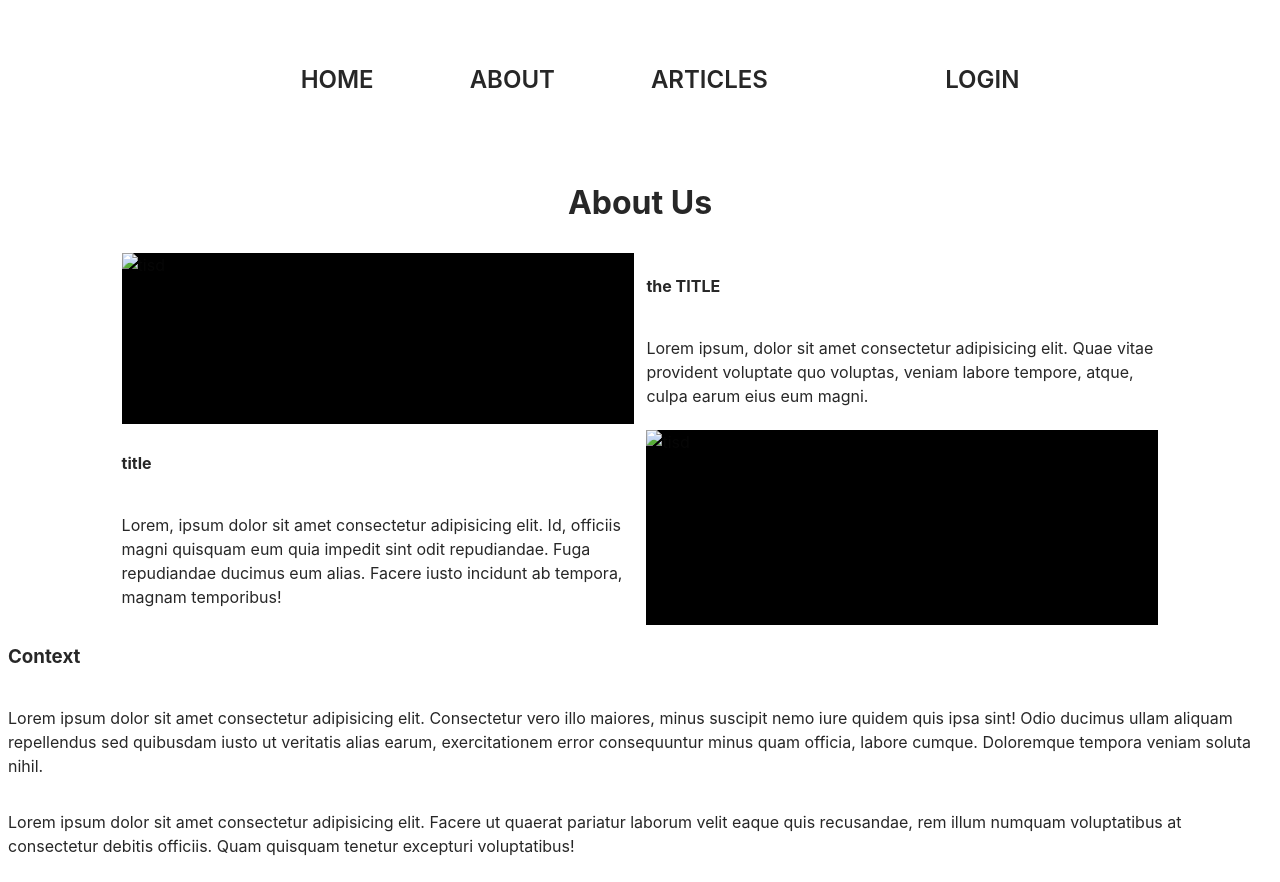
Repository: ValGrace/-static-site
Page: /about (app in client/)
These files come from the project's save history. The page is drawn as it stood at one moment and after the next save; the edit follows.
The browser window is 1280 px wide. The pictures show the whole page.
The project was rebuilt for these pictures with package versions that can differ from the ones it lists, and the page was loaded fresh each time. Also part of the build but not shown: client/vite.config.js, client/src/Utils/appwrite.js, client/src/Components/Inputs.css, client/src/Components/Login.jsx, client/src/Components/Signup.jsx, client/src/Components/HomeSection.jsx, client/src/Components/TopSection.jsx, client/src/Pages/HomePage.jsx.

Above is the page before, as saved 2023-02-07 13:26:00.

### client/src/main.jsx
import React from 'react'
import ReactDOM from 'react-dom/client'
import App from './App'
import './index.css'
import { BrowserRouter } from 'react-router-dom'
ReactDOM.createRoot(document.getElementById('root')).render(
  <React.StrictMode>
    <BrowserRouter>
    <App />
    </BrowserRouter>
  </React.StrictMode>,
)

### client/src/App.jsx
import PageRouter from './Routing/PageRouter'
import './App.css'

function App() {


  return (
    <div className="App">
      <PageRouter />
    </div>
  )
}

export default App

### client/src/index.css
:root {
  font-family: Inter, system-ui, Avenir, Helvetica, Arial, sans-serif;
  line-height: 1.5;
  font-weight: 400;

  color-scheme: light dark;
  color: rgba(7, 7, 7, 0.87);
  background-color: #ffffff;

  font-synthesis: none;
  text-rendering: optimizeLegibility;
  -webkit-font-smoothing: antialiased;
  -moz-osx-font-smoothing: grayscale;
  -webkit-text-size-adjust: 100%;
}

/* a {
  font-weight: 500;
  color: #646cff;
  text-decoration: inherit;
}
a:hover {
  color: #535bf2;
}

body {
  margin: 0;
  display: flex;
  place-items: center;
  min-width: 320px;
  min-height: 100vh;
}

h1 {
  font-size: 3.2em;
  line-height: 1.1;
}

button {
  border-radius: 8px;
  border: 1px solid transparent;
  padding: 0.6em 1.2em;
  font-size: 1em;
  font-weight: 500;
  font-family: inherit;
  background-color: #1a1a1a;
  cursor: pointer;
  transition: border-color 0.25s;
}
button:hover {
  border-color: #646cff;
}
button:focus,
button:focus-visible {
  outline: 4px auto -webkit-focus-ring-color;
}

@media (prefers-color-scheme: light) {
  :root {
    color: #213547;
    background-color: #ffffff;
  }
  a:hover {
    color: #747bff;
  }
  button {
    background-color: #f9f9f9;
  }
} */

### client/src/Routing/PageRouter.jsx
import Dashboard from "../Pages/Dashboard";
import HomePage from "../Pages/HomePage";
import { Routes, Route} from "react-router-dom"
import AboutPage from "../Pages/aboutPage";
const PageRouter = () => {
    return (
        <Routes>
            <Route path="/" element={<Dashboard />} />
            <Route path="/home" element={<HomePage />} />
            <Route path="/about" element={<AboutPage />} />

        </Routes>
    )
}

export default PageRouter

### client/src/App.css
.App {
  display: flex;
  flex-direction: column;
  justify-content: center;
  align-items: center;
}

### client/src/Pages/Dashboard.jsx
import React, { useReducer} from 'react'
import Login from '../Components/Login'
import Signup from '../Components/Signup'
import "../Components/Inputs.css"
const initialState = {page : <Login />}
function reducer(state, action) {
    switch(action.type) {
        case 'loginpage':
          return { page: <Login />}
        case 'signuppage':
            return { page: <Signup />}
        default:
            return { page: <h2>Loading....</h2>}
    }
}
const Dashboard = () => {
    const [state, dispatch] = useReducer(reducer, initialState)
    return (
        <div className='dashboard'>
         <h2>Static Site Generator</h2>
         <div>Static site Image</div>
         <div className='dash' id='dash'>
            <div className='toggleForms'>
                <button onClick={() => dispatch({type: 'loginpage'})} className="type-btn">Login</button>
                <button onClick={() => dispatch({type: 'signuppage'})} className="type-btn">Signup</button>
                </div>
            <React.Fragment>{state.page}</React.Fragment>

            <button id="auth-btns">Login with Github account</button>
            <button id="auth-btns">Login with Google account</button>
         </div>
       </div>
    )
}

export default Dashboard

### client/src/Pages/aboutPage.jsx
import Navbar from "../Components/Navbar"
import "../Components/InfoPage.css"
const AboutPage = () => {
   return (
    <>
    <Navbar />
    <h2 id="about-page">about us</h2>
    <div className="about-mid">
        <div className="about-info">
        <div className="abt-img">
            <img src="" alt="tisd" />
            </div>
            <div className="abt-pg">
            <h4>the TITLE</h4>
            <p>Lorem ipsum, dolor sit amet consectetur adipisicing elit. Quae vitae provident voluptate quo voluptas, veniam labore tempore, atque, culpa earum eius eum magni.</p>
            </div>
        </div>
        <div className="about-info" id="abt-info">
            <div className="abt-img">
                <img src="" alt="tisd" />
                </div>
            <div className="abt-pg">
            <h4>title</h4>
            <p>Lorem, ipsum dolor sit amet consectetur adipisicing elit. Id, officiis magni quisquam eum quia impedit sint odit repudiandae. Fuga repudiandae ducimus eum alias. Facere iusto incidunt ab tempora, magnam temporibus!</p>
            </div>
        </div>

    </div>
    <div className="abt-context">
        <h3>Context</h3>

            <p>Lorem ipsum dolor sit amet consectetur adipisicing elit. Consectetur vero illo maiores, minus suscipit nemo iure quidem quis ipsa sint! Odio ducimus ullam aliquam repellendus sed quibusdam iusto ut veritatis alias earum, exercitationem error consequuntur minus quam officia, labore cumque. Doloremque tempora veniam soluta nihil.</p>
            <p>Lorem ipsum dolor sit amet consectetur adipisicing elit. Facere ut quaerat pariatur laborum velit eaque quis recusandae, rem illum numquam voluptatibus at consectetur debitis officiis. Quam quisquam tenetur excepturi voluptatibus!</p>


    </div>
    </>
   )
}

export default AboutPage

### client/src/Components/Navbar.jsx
import "./Navbar.css"
const Navbar = () => {
    return (
        <nav>
            <ul>
                <li>home</li>
                <li>about</li>
                <li>articles</li>
            </ul>
            <ul>
                <li>Login</li>
            </ul>
        </nav>
    )
}

export default Navbar

### client/src/Components/InfoPage.css
#about-page {
    font-size:2rem;
    text-transform: capitalize;

    width: 80vw;

    text-align: center;
}

.about-mid {
   display: flex;
   gap: 0.4rem;
   flex-wrap: wrap;
   flex-direction: column;
}

.about-info, .abt-context {
    /* width: 25vw; */
    display: flex;
    flex-direction: column;

}

.abt-img {
    background-color: black;
    width: 75vw;

}

@media screen and (min-width: 670px) {
    #abt-info {
        flex-direction: row-reverse;
    }
    .about-info {
        flex-direction: row;
        justify-content: center;
        gap: 0.8em;

    }
    .abt-pg {
        display: flex;
        flex-direction: column;
        width: 40vw;
    }
    .abt-img {
        width: 40vw;
    }
}

### client/src/Components/Navbar.css
nav {
    width: 70vw;
    height: 20vh;
    display: flex;
}

nav > ul{
  display: flex;
  flex-direction: row;
  text-transform: uppercase;
  list-style-type: none;
  justify-content: center;
  align-items: center;
  gap: 4em;
  font-weight: 600;
  font-size: 1.5rem;
  flex-grow: 1;
}

#top-text {
    width: 80vw;
}

#top-text > h2 {
    font-size: 4.5rem;
    text-transform: capitalize;
    margin: 0;
    /* float: left; */
}

#top-text > p {
    float: right;

}

.head-section {
    display: flex;
    width: 80vw;
    gap: 0.5em;
    flex-wrap: wrap;
}

.head-img {
    background-color: rgb(1, 51, 51);
    width: 50%;
    border-radius: 0.9em;
    height: 30vh;
}

.side-section {
    display: flex;
    flex-direction: row;
    gap: 0.3rem;
    width: 40%;
}

.side-img {
    background-color: black;
    width: 5rem;
    height: 4rem;
    border-radius: 50%;
}

.side-blogs > h4, .side-blogs > p {
    margin: 0;
}

.site-descr {
    width: 80vw;
    background-color: rgba(1, 1, 12, 0.979);
    color: rgba(255, 255, 255, 0.767);
    border-radius: 9px;
    margin-top: 0.9rem;
    display: flex;
    /* gap: 0.4rem; */
    padding: 0.4rem;
    height: 25vh;
    margin-bottom: 3em;
}

.site-descr > p {
    width: 75%;
}
.site-sep {
    width: 0.1rem;
    height: 90%;
    background-color: azure;
    margin-right: 0.7rem;
}


.value-section {
   width: 80vw;
    display: flex;
    gap: 0.3rem;
    flex-wrap: wrap;
}

.single-value {
    border: 0.9px solid rgba(0, 0, 0, 0.87);
    padding: 0.8em;
    width: 20rem;
}

Loaded but not shown: client/index.html (common file)

After the next save:
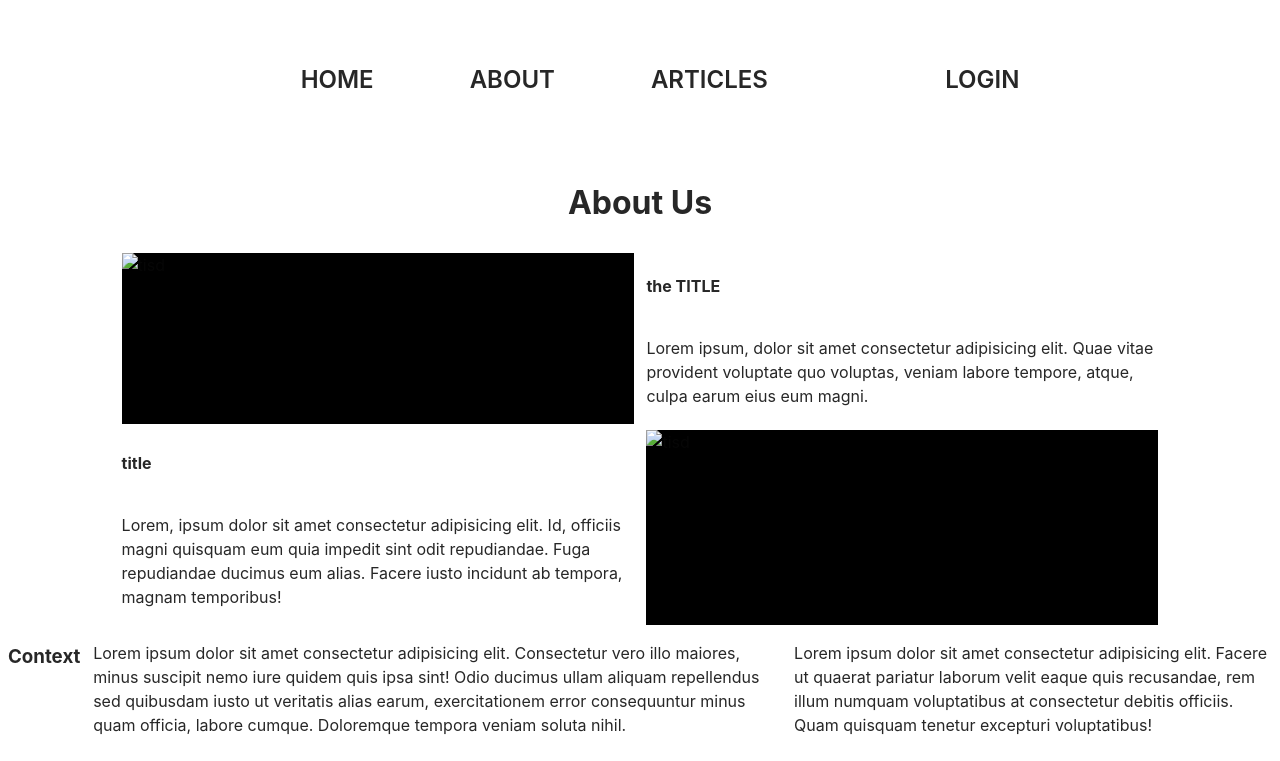
Saved 21 s later.
--- a/client/src/Components/InfoPage.css
+++ b/client/src/Components/InfoPage.css
@@ -31,7 +31,7 @@
     #abt-info {
         flex-direction: row-reverse;
     }
-    .about-info {
+    .about-info, .abt-context {
         flex-direction: row;
         justify-content: center;
         gap: 0.8em;
@@ -45,4 +45,5 @@
     .abt-img {
         width: 40vw;
     }
+
 }
